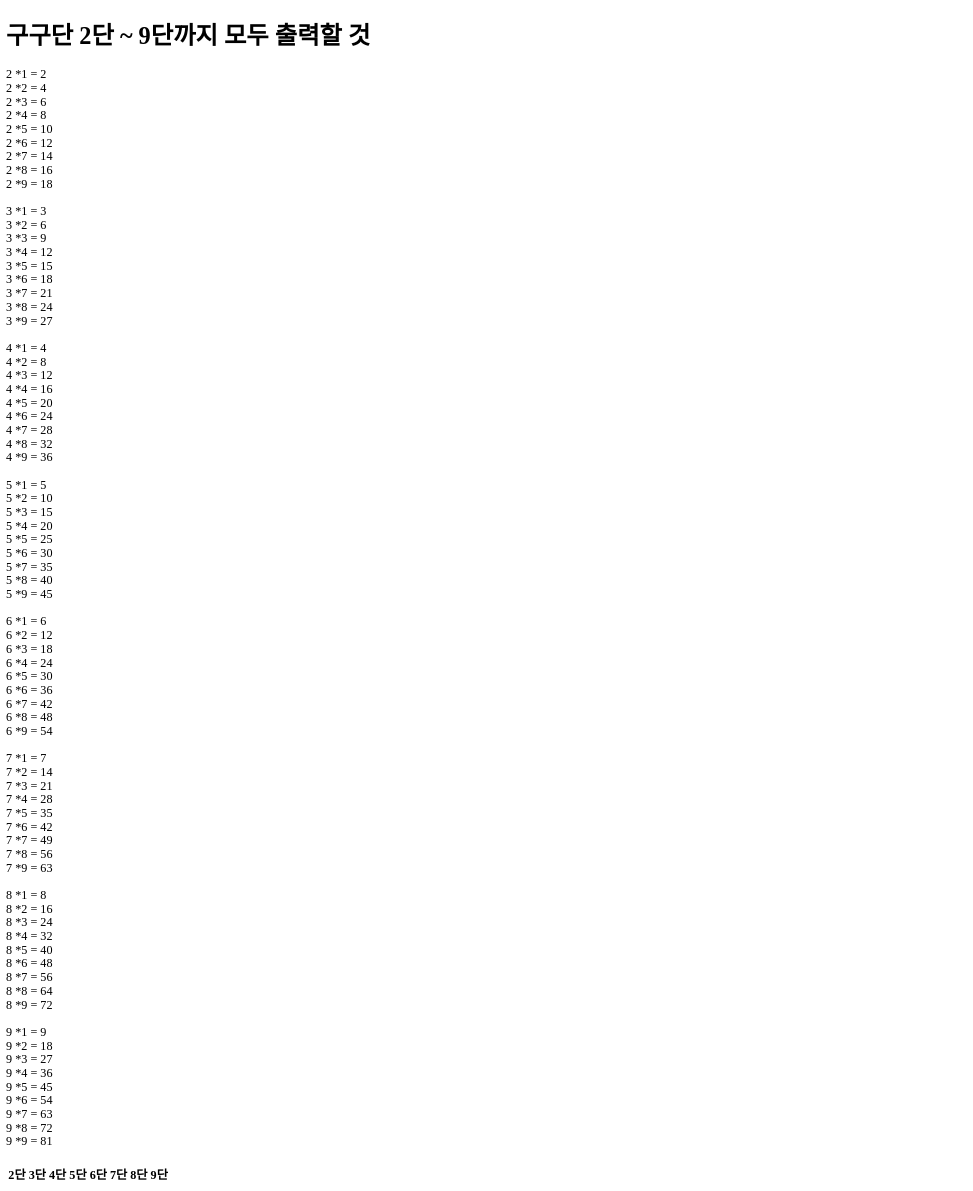
Repository: junirang330/Jsp2026
Page: http://localhost/chapter01/test02.jsp
These files come from the project's save history. The page is drawn as it stood at one moment and after the next save; the edit follows.
The browser window is 1280 px wide. The pictures show the whole page, at 76% of full size.
The page is served by Tomcat 9.

Above is the page before, as saved 2026-10-16 03:17:13.

After the next save:
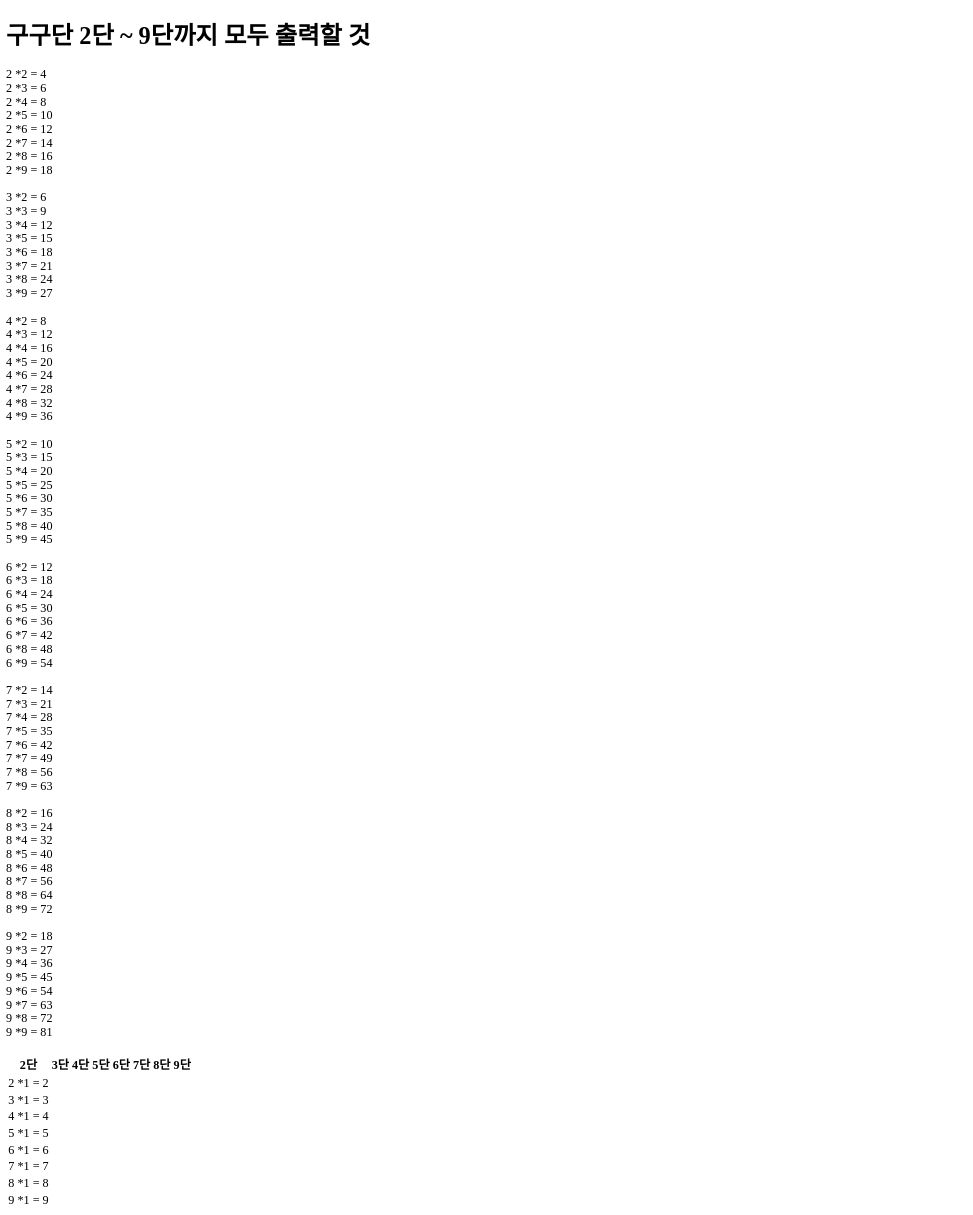
Saved 3 min 8 s later.
--- a/chapter01/src/main/webapp/test02.jsp
+++ b/chapter01/src/main/webapp/test02.jsp
@@ -16,15 +16,18 @@
 	</th>
 	<% } %>
 	</tr>
+	<tr>
+	<% for(int i = 2; i<=9; i++){ %>
+	<td>
+	<% for(int j = 1; j<=9; j++){ %>
+		<%=i %> *<%=j %> = <%= i*j %><br/>
+
+</td>
 	<%
-		for(int i = 2; i<=9; i++){
-			for(int j = 1; j<=9; j++){
-	%>
-	<%=i %> *<%=j %> = <%= i*j %><br/>
-	<%-- <%=i+"*"+j+"="+i*j %><br/> --%>
-	<%
+
 		}
 	%>
+	</tr>
 	<br/>
 	<%
 		}
